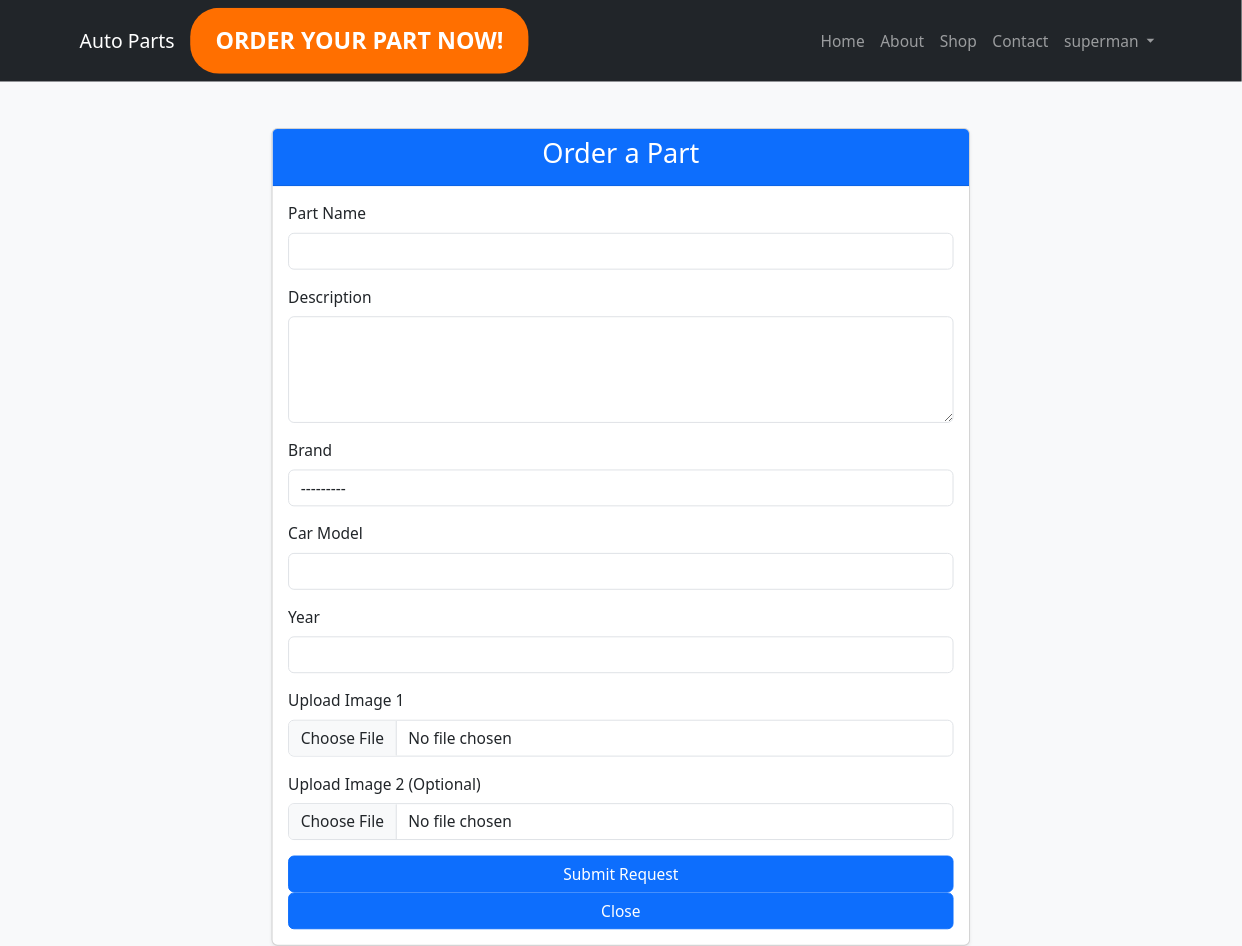
Repository: Jijiluzana225/onlineparts
Page: http://localhost/order/
These files come from the project's save history. The page is drawn as it stood at one moment and after the next save; the edit follows.
The browser window is 1280 px wide. The pictures show the whole page, at 97% of full size.
The page is served by the project's application, run on Django 5.2 (manage.py). The first stored user is signed in. Other server files are loaded and not shown. The page reads the database file committed with the project.

Above is the page before, as saved 2025-02-19 13:34:05.

### orders/templates/orders/order_part.html
{% extends 'orders/landing.html' %}


{% block content %}
<div class="container mt-5">
    <div class="row justify-content-center">
        <div class="col-md-8">
            <div class="card shadow-sm">
                <div class="card-header bg-primary text-white">
                    <h3 class="text-center">Order a Part</h3>
                </div>
                <div class="card-body">
                    <form method="post" enctype="multipart/form-data">
                        {% csrf_token %}

                        <div class="mb-3">
                            <label class="form-label">Part Name</label>
                            {{ form.part_name }}
                        </div>

                        <div class="mb-3">
                            <label class="form-label">Description</label>
                            {{ form.description }}
                        </div>

                        <div class="mb-3">
                            <label class="form-label">Brand</label>
                            {{ form.brand }}
                        </div>

                        <div class="mb-3">
                            <label class="form-label">Car Model</label>
                            {{ form.car_model }}
                        </div>

                        <div class="mb-3">
                            <label class="form-label">Year</label>
                            {{ form.year }}
                        </div>

                        <div class="mb-3">
                            <label class="form-label">Upload Image 1</label>
                            {{ form.image1 }}
                        </div>

                        <div class="mb-3">
                            <label class="form-label">Upload Image 2 (Optional)</label>
                            {{ form.image2 }}
                        </div>

                        <button type="submit" class="btn btn-primary w-100">Submit Request</button>
                        <button type="submit" class="btn btn-primary w-100" href="{% url 'home' %}">Close</button>

                    </form>
                </div>
            </div>
        </div>
    </div>
</div>
{% endblock %}

### orders/templates/orders/landing.html
<!DOCTYPE html>
<html lang="en">
<head>
    <meta charset="UTF-8">
    <meta name="viewport" content="width=device-width, initial-scale=1">
    <title>{% block title %}Landing Page{% endblock %}</title>
    <link href="https://cdn.jsdelivr.net/npm/bootstrap@5.3.0/dist/css/bootstrap.min.css" rel="stylesheet">
    <style>
        body {
            background-color: #f8f9fa;
        }
        .hero {
            height: 80vh;
            display: flex;
            align-items: center;
            justify-content: center;
            text-align: center;
            background: url('https://source.unsplash.com/1600x900/?car,parts') no-repeat center center/cover;
            color: white;
            position: relative;
        }
        .hero-overlay {
            background: black;
            padding: 50px;
            border-radius: 10px;
        }
        .btn-custom {
            background-color: #ff6f00;
            color: white;
            border-radius: 30px;
            padding: 15px 25px;
            font-size: 1.5rem;
            font-weight: bold;
            text-transform: uppercase;
            transition: background 0.3s ease;
        }
        .btn-custom:hover {
            background-color: #e65c00;
        }
    </style>
    {% block extra_css %}{% endblock %}
</head>
<body>

<!-- Navbar -->
<nav class="navbar navbar-expand-lg navbar-dark bg-dark">
    <div class="container">
        <a class="navbar-brand" href="{% url 'home' %}">Auto Parts</a>
        <a href="{% url 'order_part' %}" class="btn btn-custom">Order Your Part Now!</a>
        <button class="navbar-toggler" type="button" data-bs-toggle="collapse" data-bs-target="#navbarNav">
            <span class="navbar-toggler-icon"></span>
        </button>
        <div class="collapse navbar-collapse" id="navbarNav">
            <ul class="navbar-nav ms-auto">
                <li class="nav-item"><a class="nav-link" href="{% url 'home' %}">Home</a></li>
                <li class="nav-item"><a class="nav-link" href="#">About</a></li>
                <li class="nav-item"><a class="nav-link" href="#">Shop</a></li>
                <li class="nav-item"><a class="nav-link" href="#">Contact</a></li>

                {% if user.is_authenticated %}
                    <li class="nav-item dropdown">
                        <a class="nav-link dropdown-toggle" href="#" id="userDropdown" role="button" data-bs-toggle="dropdown">
                            {{ user.username }}
                        </a>
                        <ul class="dropdown-menu">
                            <li><a class="dropdown-item" href="{% url 'profile_update' %}">Profile</a></li>
                            <li>
                                <form method="post" action="{% url 'logout' %}">
                                    {% csrf_token %}
                                    <button type="submit" class="dropdown-item">Logout</button>
                                </form>
                            </li>
                        </ul>
                    </li>
                {% else %}
                    <li class="nav-item"><a class="nav-link btn btn-secondary" href="{% url 'register' %}">Sign Up</a></li>
                {% endif %}
            </ul>
        </div>
    </div>
</nav>

<!-- Hero Section -->
{% comment %} <div class="hero">
    <div class="hero-overlay">
        <h1 class="mb-4">Request Your Auto Parts Here!</h1>
        <a href="{% url 'order_part' %}" class="btn btn-custom">Order Your Part Now!</a>
    </div>
</div> {% endcomment %}

<!-- Main Content -->
<main class="container mt-4">
    {% block content %}
    {% endblock %}
</main>

<!-- Bootstrap JS -->
<script src="https://cdn.jsdelivr.net/npm/bootstrap@5.3.0/dist/js/bootstrap.bundle.min.js"></script>
{% block extra_js %}{% endblock %}
</body>
</html>

### orders/forms.py
from django import forms
from django.contrib.auth.forms import UserCreationForm
from .models import Customer

class CustomerRegistrationForm(UserCreationForm):
    is_store = forms.BooleanField(
        required=False,
        widget=forms.CheckboxInput(attrs={'class': 'form-check-input'}),
        label="Register as a Store"
    )
    phone_number = forms.CharField(
        max_length=15,
        widget=forms.TextInput(attrs={'class': 'form-control', 'placeholder': 'Enter phone number'}),
        label="Phone Number"
    )
    address = forms.CharField(
        widget=forms.Textarea(attrs={'class': 'form-control', 'rows': 3, 'placeholder': 'Enter your Complete address'}),
        required=False,
        label="Complete Address"
    )

    class Meta:
        model = Customer
        fields = ['is_store','username', 'password1', 'password2', 'completename', 'email', 'phone_number', 'address']

        labels = {
            'completename': 'Full Name / Store Name',
            'email': 'Email',
            'address': 'Complete Address',
        }
        widgets = {
            'username': forms.TextInput(attrs={'class': 'form-control', 'placeholder': 'Enter username'}),
            'password1': forms.PasswordInput(attrs={
                'class': 'form-control',
                'placeholder': 'Enter password',
                'autocomplete': 'new-password',
                'minlength': '8'
            }),
            'password2': forms.PasswordInput(attrs={
                'class': 'form-control',
                'placeholder': 'Confirm password',
                'autocomplete': 'new-password',
                'minlength': '8'
            }),
            'completename': forms.TextInput(attrs={'class': 'form-control', 'placeholder': 'Enter full name'}),
            'email': forms.EmailInput(attrs={'class': 'form-control', 'placeholder': 'Enter email'}),
        }


from django import forms
from .models import Customer

class CustomerUpdateForm(forms.ModelForm):
    is_store = forms.BooleanField(
        required=False,
        widget=forms.CheckboxInput(attrs={'class': 'form-check-input'}),
        label="Register as a Store"
    )
    class Meta:
        model = Customer
        fields = ["is_store", "completename", "phone_number", "address"]
        labels = {
            'completename': 'Full Name / Store Name',
            'email': 'Email',
            'address': 'Complete Address',
        }
        widgets = {
            "completename": forms.TextInput(attrs={"class": "form-control"}),
            "phone_number": forms.TextInput(attrs={"class": "form-control"}),
            "address": forms.Textarea(attrs={"class": "form-control", "rows": 3}),
        }




from django import forms
from .models import PartRequest

class PartRequestForm(forms.ModelForm):
    class Meta:
        model = PartRequest
        fields = ["part_name", "description", "image1", "image2", "brand", "year", "car_model"]
        widgets = {
            "description": forms.Textarea(attrs={"class": "form-control", "rows": 4}),
            "brand": forms.Select(attrs={"class": "form-control"}),
            "year": forms.NumberInput(attrs={"class": "form-control", "min": 1900, "max": 2100}),
            "car_model": forms.TextInput(attrs={"class": "form-control"}),
            "part_name": forms.TextInput(attrs={"class": "form-control"}),
        }

    image1 = forms.ImageField(required=True, widget=forms.FileInput(attrs={"class": "form-control"}))
    image2 = forms.ImageField(required=False, widget=forms.FileInput(attrs={"class": "form-control"}))

### orders/models.py
from django.contrib.auth.models import AbstractUser
from django.db import models
from django.contrib.auth.models import User
from django.conf import settings


class Customer(AbstractUser):
    completename = models.CharField(max_length=250 )
    phone_number = models.CharField(max_length=50 )
    address = models.TextField(blank=True, null=True)
    is_store = models.BooleanField(default=False)





    groups = models.ManyToManyField(
        "auth.Group",
        related_name="customer_users",  # Custom related name to avoid conflicts
        blank=True
    )
    user_permissions = models.ManyToManyField(
        "auth.Permission",
        related_name="customer_users_permissions",  # Custom related name
        blank=True
    )

    def __str__(self):
        return self.username

BRAND_CHOICES = [
    ("Toyota", "Toyota"),
    ("Mitsubishi", "Mitsubishi"),
    ("Honda", "Honda"),
    ("Nissan", "Nissan"),
    ("Ford", "Ford"),
    ("Isuzu", "Isuzu"),
    ("Hyundai", "Hyundai"),
    ("Kia", "Kia"),
    ("Chevrolet", "Chevrolet"),
    ("Suzuki", "Suzuki"),
    ("Daihatsu", "Daihatsu"),
    ("Mazda", "Mazda"),
    ("Subaru", "Subaru"),
    ("Fuso", "Fuso"),
    ("Hino", "Hino"),
    ("Tata", "Tata"),
    ("MAN", "MAN"),
    ("Scania", "Scania"),
    ("Volkswagen", "Volkswagen"),
    ("Chery", "Chery"),
    ("Foton", "Foton"),
    ("JAC", "JAC"),
    ("Dongfeng", "Dongfeng"),
    ("Changan", "Changan"),
    ("Geely", "Geely"),
    ("MG", "MG"),
    ("BYD", "BYD"),
    ("BAIC", "BAIC"),
    ("GAC", "GAC"),
    ("Maxus", "Maxus"),
]


# Part Request Model
class PartRequest(models.Model):
    orderdate = models.DateTimeField(auto_now=True)
    user = models.ForeignKey(settings.AUTH_USER_MODEL, on_delete=models.CASCADE)
    part_name = models.CharField(max_length=255)
    description = models.TextField()
    image1 = models.ImageField(upload_to="part_images/")
    image2 = models.ImageField(upload_to="part_images/")
    brand = models.CharField(max_length=255, choices=BRAND_CHOICES)
    year = models.PositiveIntegerField()
    car_model = models.CharField(max_length=255)
    created_at = models.DateTimeField(auto_now_add=True)

    def __str__(self):
        return f"{self.part_name} ({self.brand} - {self.car_model})"

### orders/views.py
from django.shortcuts import render, redirect
from .forms import CustomerRegistrationForm
from django.shortcuts import render, redirect
from django.contrib.auth import login, authenticate
from django.contrib.auth.forms import UserCreationForm

def register_view(request):
    if request.method == "POST":
        form = UserCreationForm(request.POST)
        if form.is_valid():
            user = form.save()  # Create the user
            username = form.cleaned_data.get("username")
            password = form.cleaned_data.get("password1")
            user = authenticate(username=username, password=password)  # Authenticate
            if user is not None:
                login(request, user)  # Auto-login user
                return redirect("landing")  # Redirect to landing page
    else:
        form = UserCreationForm()

    return render(request, "orders/register.html", {"form": form})


def landing_page(request):
    return render(request, 'orders/landing.html')



from django.shortcuts import render, redirect
from django.contrib.auth.decorators import login_required
from .forms import CustomerUpdateForm

@login_required
def profile_update_view(request):
    user = request.user
    if request.method == "POST":
        form = CustomerUpdateForm(request.POST, instance=user)
        if form.is_valid():
            form.save()
            return redirect("home")  # Stay on profile page after saving
    else:
        form = CustomerUpdateForm(instance=user)

    return render(request, "orders/profile_update.html", {"form": form})



from django.shortcuts import render, redirect
from django.contrib.auth.decorators import login_required
from .forms import PartRequestForm

@login_required
def order_part_view(request):
    if request.method == "POST":
        form = PartRequestForm(request.POST, request.FILES)
        if form.is_valid():
            part_request = form.save(commit=False)
            part_request.user = request.user
            part_request.save()
            return redirect("order_success")  # Redirect to a success page
    else:
        form = PartRequestForm()

    return render(request, "orders/order_part.html", {"form": form})


def order_success(request):
    return render(request, "orders/order_success.html")

### Onlinespareparts/urls.py
from django.contrib import admin
from django.urls import path, include
from django.conf import settings
from django.conf.urls.static import static

urlpatterns = [
    path('admin/', admin.site.urls),
    path('', include('orders.urls')),
]

urlpatterns += static(settings.MEDIA_URL, document_root=settings.MEDIA_ROOT)

### orders/urls.py
from django.urls import path
from .views import *
from django.contrib.auth import views as auth_views


urlpatterns = [
    path('register/', register_view, name='register'),
    path('login/', auth_views.LoginView.as_view(template_name='orders/login.html'), name='login'),
    path('logout/', auth_views.LogoutView.as_view(next_page='login'), name='logout'),
    path('', landing_page, name='home'),  # This makes the landing page accessible at "/"
    path('profile/update/', profile_update_view, name='profile_update'),
    path("order/", order_part_view, name="order_part"),
]

### db.sqlite3 (the tables this page reads, as SQL)
CREATE TABLE "orders_customer" ("id" integer NOT NULL PRIMARY KEY AUTOINCREMENT, "password" varchar(128) NOT NULL, "last_login" datetime NULL, "is_superuser" bool NOT NULL, "username" varchar(150) NOT NULL UNIQUE, "first_name" varchar(150) NOT NULL, "last_name" varchar(150) NOT NULL, "email" varchar(254) NOT NULL, "is_staff" bool NOT NULL, "is_active" bool NOT NULL, "date_joined" datetime NOT NULL, "address" text NULL, "completename" varchar(250) NOT NULL, "is_store" bool NOT NULL, "phone_number" varchar(50) NOT NULL);
INSERT INTO "orders_customer" VALUES
(1, 'pbkdf2_sha256$870000$VHQkwlPfUP1SNa0vBYsA7k$xsI35DDTdhc7H3JwGuztpMY/AAeYScYKnnqDLhE/+0g=', '2025-02-19 02:28:15.167806', 0, 'superman', '', '', '', 0, 1, '2025-02-19 02:28:10.405698', 'indahag, cagayan de oro city
phase1, sitio bato', 'Virgilio Luzana', 0, '09177043781'),
(2, 'pbkdf2_sha256$870000$GhjSe6JSIdMJIwcGOd7stu$XxR9+I6HrKTBmuHSeI9PfhQ2XuxXIJ+ORDY020h+u8U=', '2025-02-19 08:37:37.557177', 1, 'jiji', '', '', 'avs@yaho.com', 1, 1, '2025-02-19 02:37:26.988108', NULL, '', 0, ''),
(3, 'pbkdf2_sha256$870000$lyKv2UQ69dKomsfcFp8UGi$PZ5e/sLGaO3Y0FBcV3+q1HIlxv7XmPYnS6bMstYYly8=', '2025-02-19 10:18:33.936735', 0, 'x', '', '', '', 0, 1, '2025-02-19 04:28:33.327759', 'indahag, cagayan de oro city
phase1, sitio bato', 'Virgilio Luzana', 1, '09177043782'),
(4, 'pbkdf2_sha256$870000$1Ue3r2T8hpDVj8mkZsli0o$5FlyLAhfa8jIHZZtGiX/8F64IjlzjU4ghlo7uPokTI0=', '2025-02-19 10:20:35.401779', 1, 'j3', '', '', '', 1, 1, '2025-02-19 04:36:55', 'indahag, cagayan de oro city
phase1, sitio bato', 'Cagayan de Oro Automotives', 1, '09177043781');

After the next save:
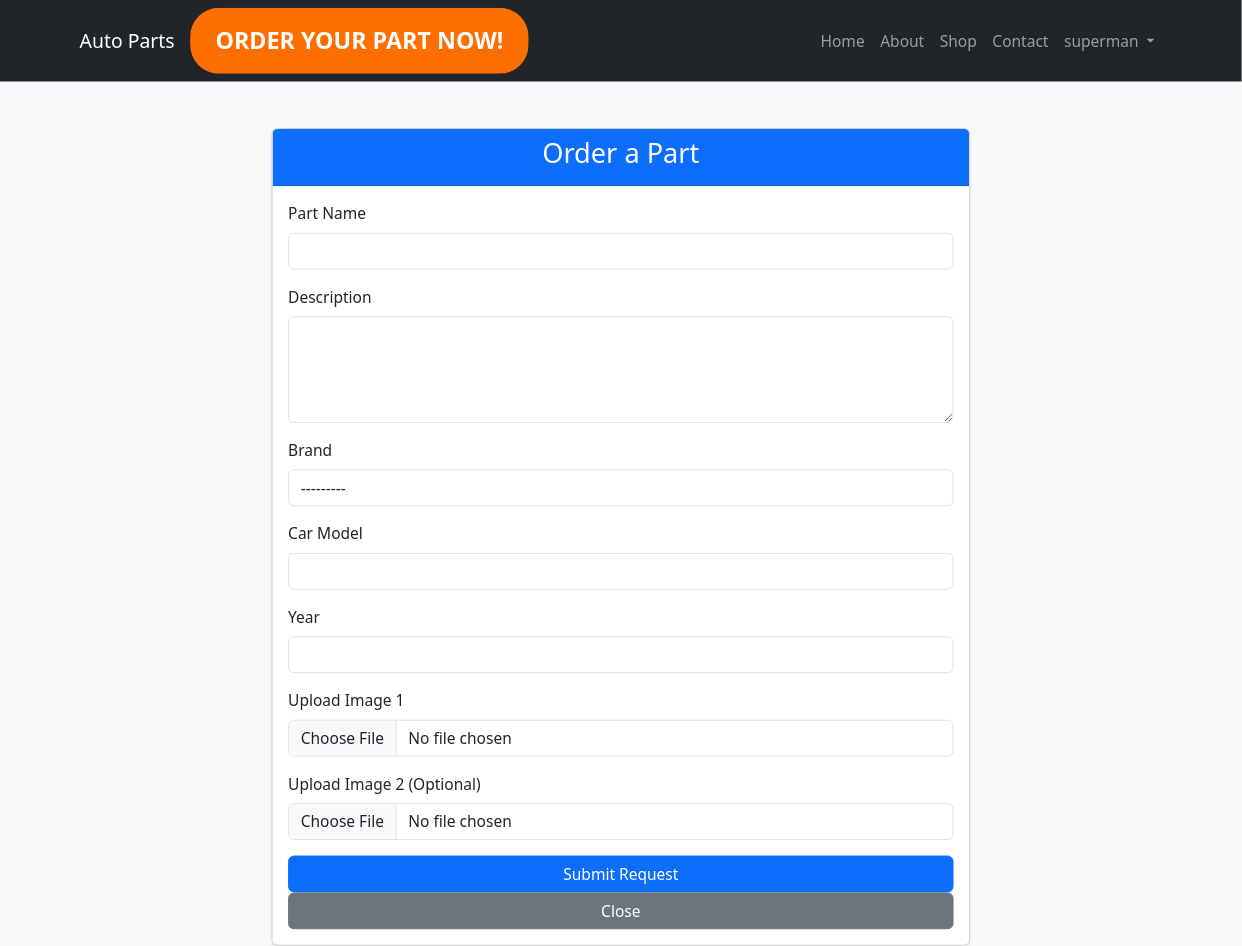
Saved 38 s later.
--- a/orders/templates/orders/order_part.html
+++ b/orders/templates/orders/order_part.html
@@ -49,7 +49,9 @@
                         </div>
 
                         <button type="submit" class="btn btn-primary w-100">Submit Request</button>
-                        <button type="submit" class="btn btn-primary w-100" href="{% url 'home' %}">Close</button>
+                        <button type="button" class="btn btn-secondary w-100" onclick="location.href='{% url 'home' %}'">
+                            Close
+                        </button>
 
                     </form>
                 </div>
